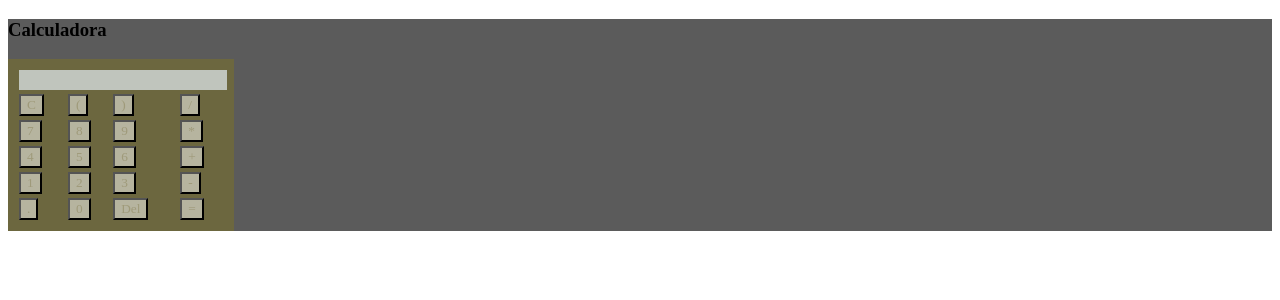
Repository: ServerK001/CalcJsVanilha
Page: index.html
These files come from the project's save history. The page is drawn as it stood at one moment and after the next save; the edit follows.
The browser window is 1280 px wide. The pictures show the whole page.
Some web fonts or font styles are not loaded; a fallback is used.

Above is the page before, as saved 2022-02-14 08:42:44.

### index.html
<!DOCTYPE html>
<html lang="pt-br">
<head>
    <meta charset="UTF-8">
    <meta http-equiv="X-UA-Compatible" content="IE=edge">
    <meta name="viewport" content="width=device-width, initial-scale=1.0">
    <script src="index.js" ></script>
    <link rel="stylesheet" href="style.css">
    <link href="//db.onlinewebfonts.com/c/bbfde24114f6f7cc0f421651e88bbca7?family=Unibody+8" rel="stylesheet" type="text/css"/>

    <title>Calculadora</title>
</head>
<body>

        <section class="conteiner">
            <h3>Calculadora</h3>

            <table class="calculadora">
                <tr>
                    <td colspan="4"><input type="text" class="display"></td>
                </tr>

                <tr>
                    <td><button class="btn btn-clear">C</button></td>
                    <td><button class="btn btn-num">(</button></td>
                    <td><button class="btn btn-num">)</button></td>
                    <td><button class="btn btn-num">/</button></td>
                </tr>

                <tr>
                    <td><button class="btn btn-num">7</button></td>
                    <td><button class="btn btn-num">8</button></td>
                    <td><button class="btn btn-num">9</button></td>
                    <td><button class="btn btn-num">*</button></td>
                </tr>
                <tr>
                    <td><button class="btn btn-num">4</button></td>
                    <td><button class="btn btn-num">5</button></td>
                    <td><button class="btn btn-num">6</button></td>
                    <td><button class="btn btn-num">+</button></td>
                </tr>
                <tr>
                    <td><button class="btn btn-num">1</button></td>
                    <td><button class="btn btn-num">2</button></td>
                    <td><button class="btn btn-num">3</button></td>
                    <td><button class="btn btn-num">-</button></td>
                </tr>
                <tr>
                    <td><button class="btn btn-num">.</button></td>
                    <td><button class="btn btn-num">0</button></td>
                    <td><button class="btn btn-del">Del</button></td>
                    <td><button class="btn btn-num">=</button></td>
                </tr>

            </table>

        </section>

</body>
</html>

### index.js
console.log('Olá mundo')

### style.css
:root{
    --btn: #9f9a7a;
    --font-display:#435338;
    --displayBG:#c0c5bd;

    --bgCalc:#6c673f;
    --bgBtn:#b6b49f;
    --bgConteiner:#5b5b5b;



}

.display{
    font-size: 1rem;
    width: 100%;
    text-align: right;
    font-family: "Unibody 8";
    color: var(--font-display);
    background-color: var(--displayBG);

        border: none;
}

.btn{
    font-family: "Unibody 8";
    color:var(--btn);
    background-color: var(--bgBtn);
}
.calculadora{
    background-color: var(--bgCalc);
    padding: 0.5rem;
}
.conteiner{
    background-color: var(--bgConteiner);
}

After the next save:
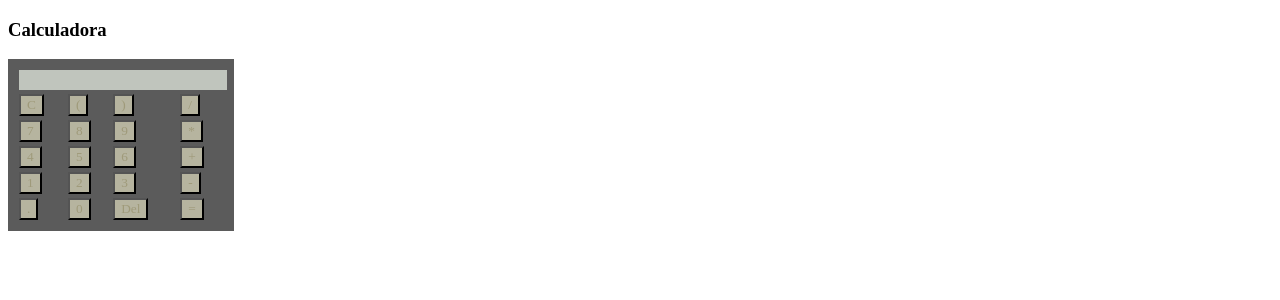
Saved 28 s later.
--- a/style.css
+++ b/style.css
@@ -31,6 +31,6 @@
     background-color: var(--bgCalc);
     padding: 0.5rem;
 }
-.conteiner{
+.calculadora{
     background-color: var(--bgConteiner);
 }
